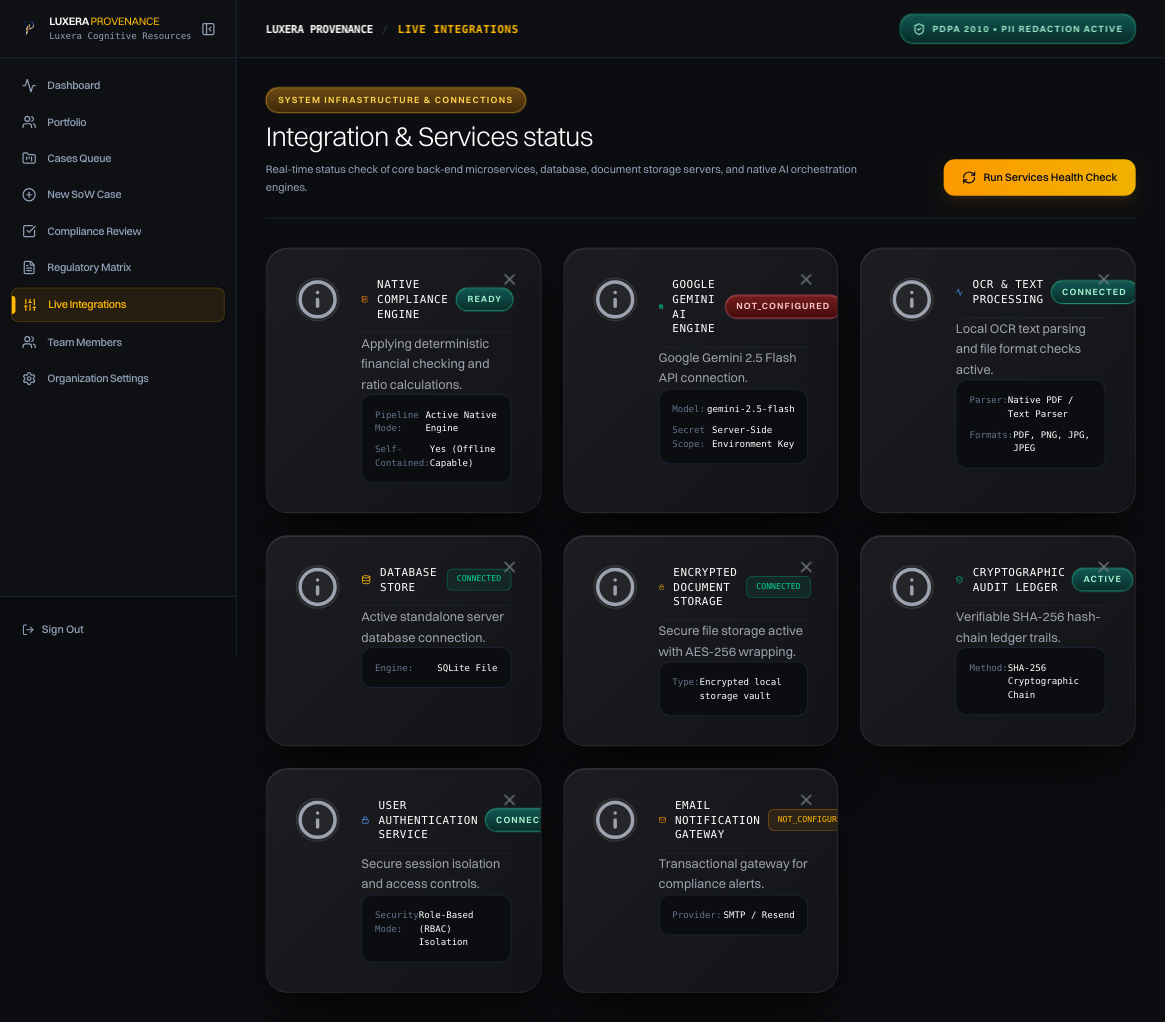
Repository: khaizafron/luxera-provenance
Page: /app/integrations
The author's editor kept a copy of each file at every save. The page is drawn from the files as they stood at one save, then again after the next save.
The browser window is 1280 px wide. The pictures show the whole page, at 91% of full size.
The page's requests for data from a server got no answer. The project was rebuilt for these pictures with package versions that can differ from the ones it lists, and the page was loaded fresh each time. The framework's server and built-in components were replaced by stand-ins that run in the browser. No one was signed in, and anything a server would have sent is missing.

Above is the page before, as saved 2026-08-16 11:46:11.

After the next save:
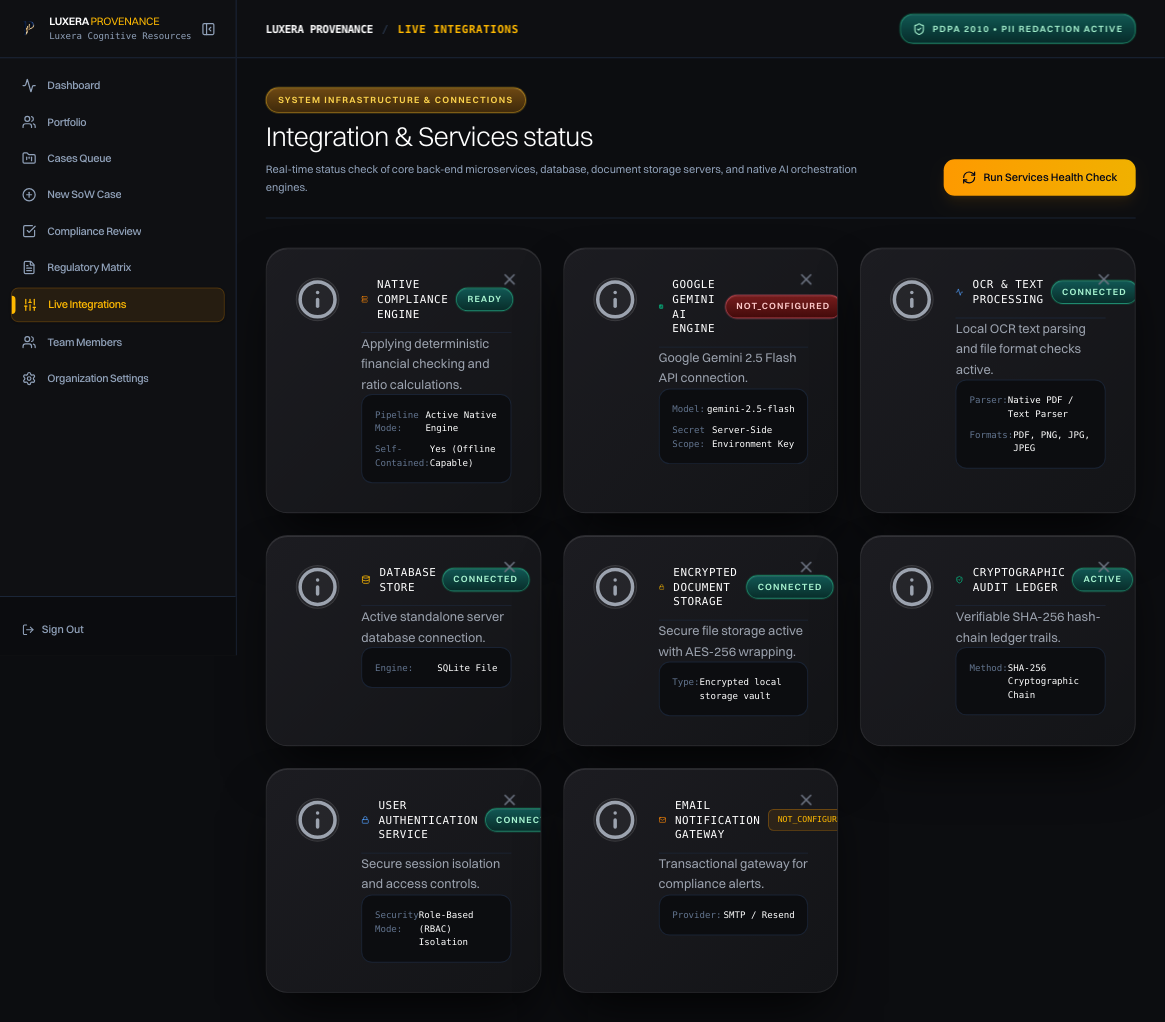
Saved 15 s later.
--- a/app/app/integrations/page.tsx
+++ b/app/app/integrations/page.tsx
@@ -137,9 +137,7 @@ export default function IntegrationsPage() {
               <Database className="w-4 h-4 text-amber-400" />
               Database Store
             </div>
-            <span className="px-2.5 py-1 rounded-md bg-emerald-500/10 text-emerald-400 border border-emerald-500/30 text-[9px] font-mono font-medium">
-              CONNECTED
-            </span>
+            <span className="ui-status ui-status--green">CONNECTED</span>
           </div>
           <p className="text-xs text-slate-400 leading-relaxed font-normal">{data?.database?.details || 'Active standalone server database connection.'}</p>
           <div className="text-[10px] font-mono text-slate-400 bg-[#0c0d10] p-3.5 rounded-xl border border-slate-800/80 space-y-2">
@@ -157,9 +155,7 @@ export default function IntegrationsPage() {
               <Lock className="w-4 h-4 text-amber-400" />
               Encrypted Document Storage
             </div>
-            <span className="px-2.5 py-1 rounded-md bg-emerald-500/10 text-emerald-400 border border-emerald-500/30 text-[9px] font-mono font-medium">
-              CONNECTED
-            </span>
+            <span className="ui-status ui-status--green">CONNECTED</span>
           </div>
           <p className="text-xs text-slate-400 leading-relaxed font-normal">{data?.storage?.details || 'Secure file storage active with AES-256 wrapping.'}</p>
           <div className="text-[10px] font-mono text-slate-400 bg-[#0c0d10] p-3.5 rounded-xl border border-slate-800/80 space-y-2">
